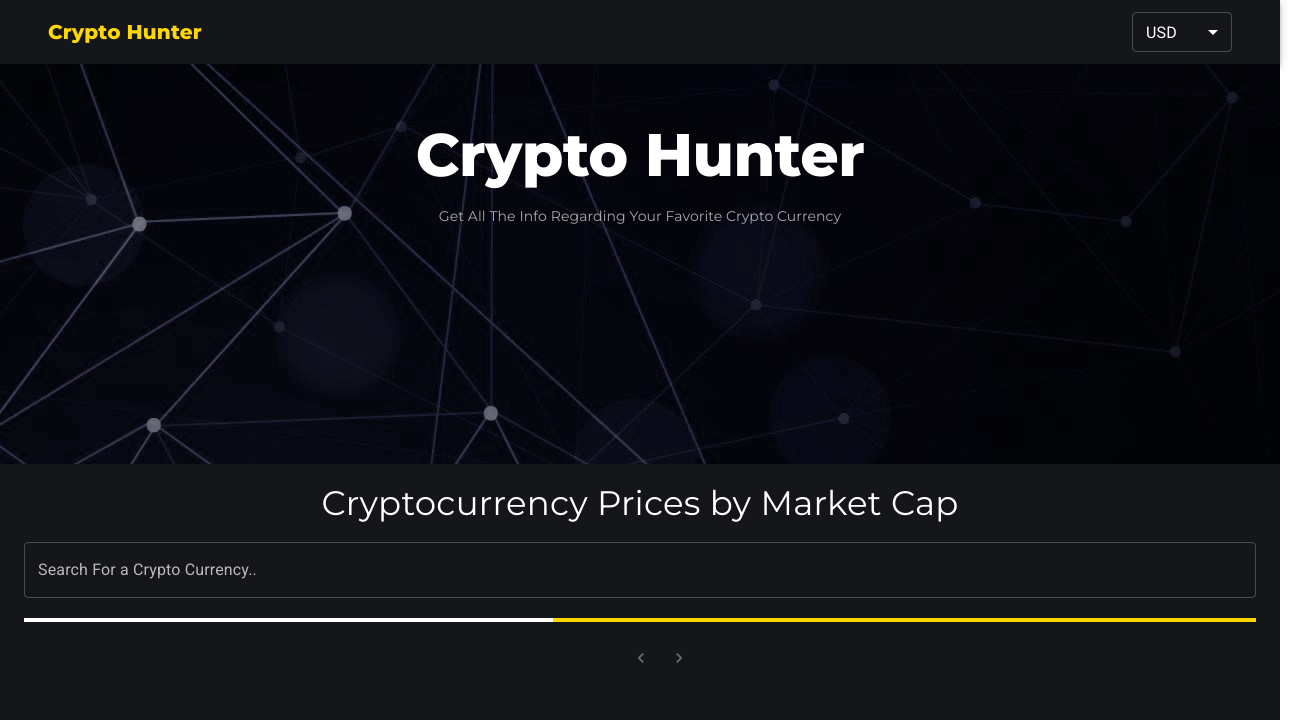
Repository: MilenaMartini/crypto_hunter
Page: /
The author's editor kept a copy of each file at every save. The page is drawn from the files as they stood at one save, then again after the next save.
The browser window is 1280 px wide. The page is 1296 px wide, so the pictures cover 1296 px, including what lies to the right of the window. The pictures show the whole page.
The page's requests for data from a server got no answer. The project was rebuilt for these pictures with package versions that can differ from the ones it lists, and the page was loaded fresh each time. No one was signed in, and anything a server would have sent is missing. Also part of the build but not shown: src/Pages/CoinPage.js.

Above is the page before, as saved 2023-04-05 10:01:10.

After the next save:
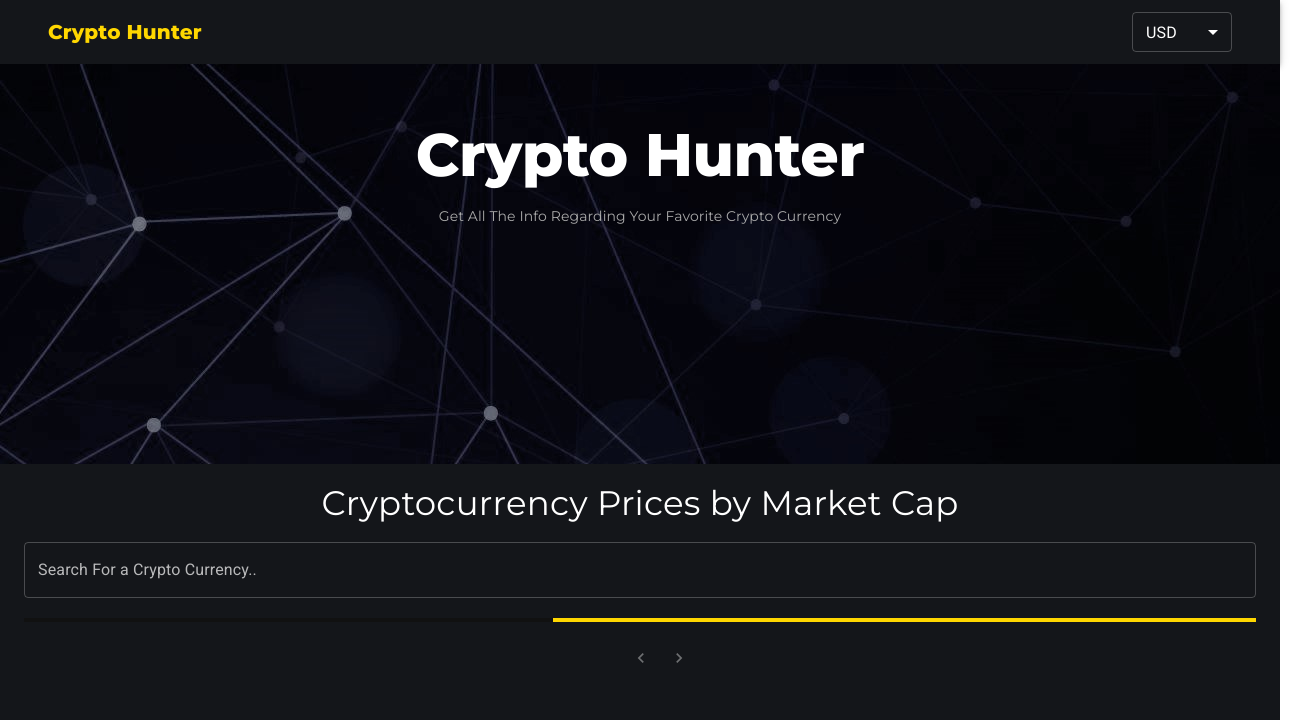
Saved 20 s later.
--- a/src/Components/CoinsTable.js
+++ b/src/Components/CoinsTable.js
@@ -53,7 +53,7 @@ const CoinsTable = () => {
   const darkTheme = createTheme({
     palette: {
       primary: {
-        main: "#fff",
+        main: "#111",
       },
       type: "dark",
     },
